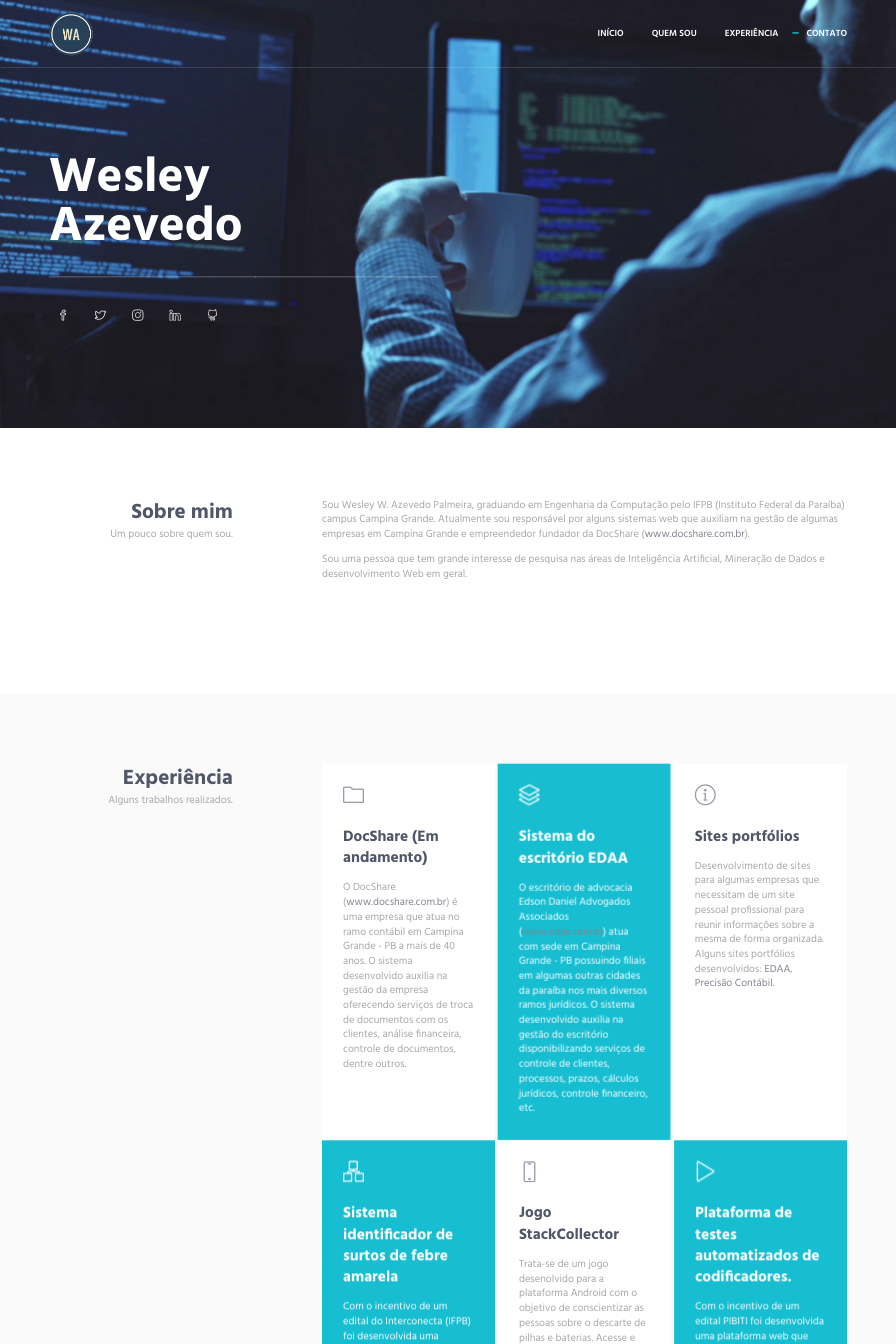
Repository: nolderosw/wesleyazevedo
Page: public/index.html
An editor plug-in stored every save of this project. The page is shown before and after the next save, followed by the edit.
The browser window is 1280 px wide. The pictures show the part of the page from y = 0 to 1920 px (the page is 2549 px tall before and 2619 px after), at 70% of full size.

Above is the page before, as saved 2019-07-25 21:03:37.

After the next save:
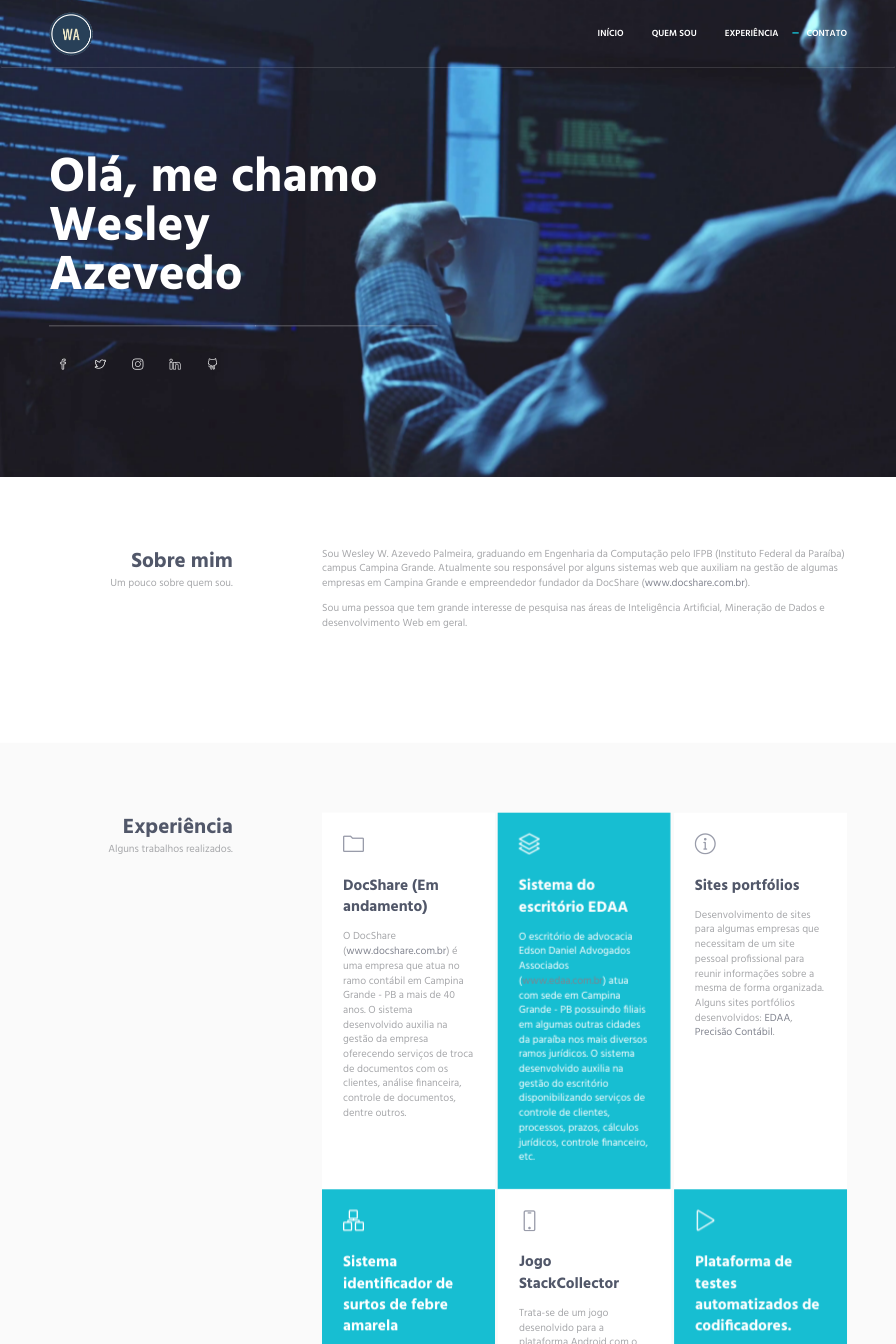
Saved 13 s later.
--- a/public/index.html
+++ b/public/index.html
@@ -78,7 +78,7 @@
             <div class="row">
                 <div class="col-sm-6">
                     <div class="promo-block-divider">
-                        <h1 class="promo-block-title">Wesley <br/> Azevedo</h1>
+                        <h1 class="promo-block-title"> Olá, me chamo Wesley <br/> Azevedo</h1>
                         <!--<p class="promo-block-text">Desenvolvedor de Software</p>-->
                     </div>
                     <ul class="list-inline">
